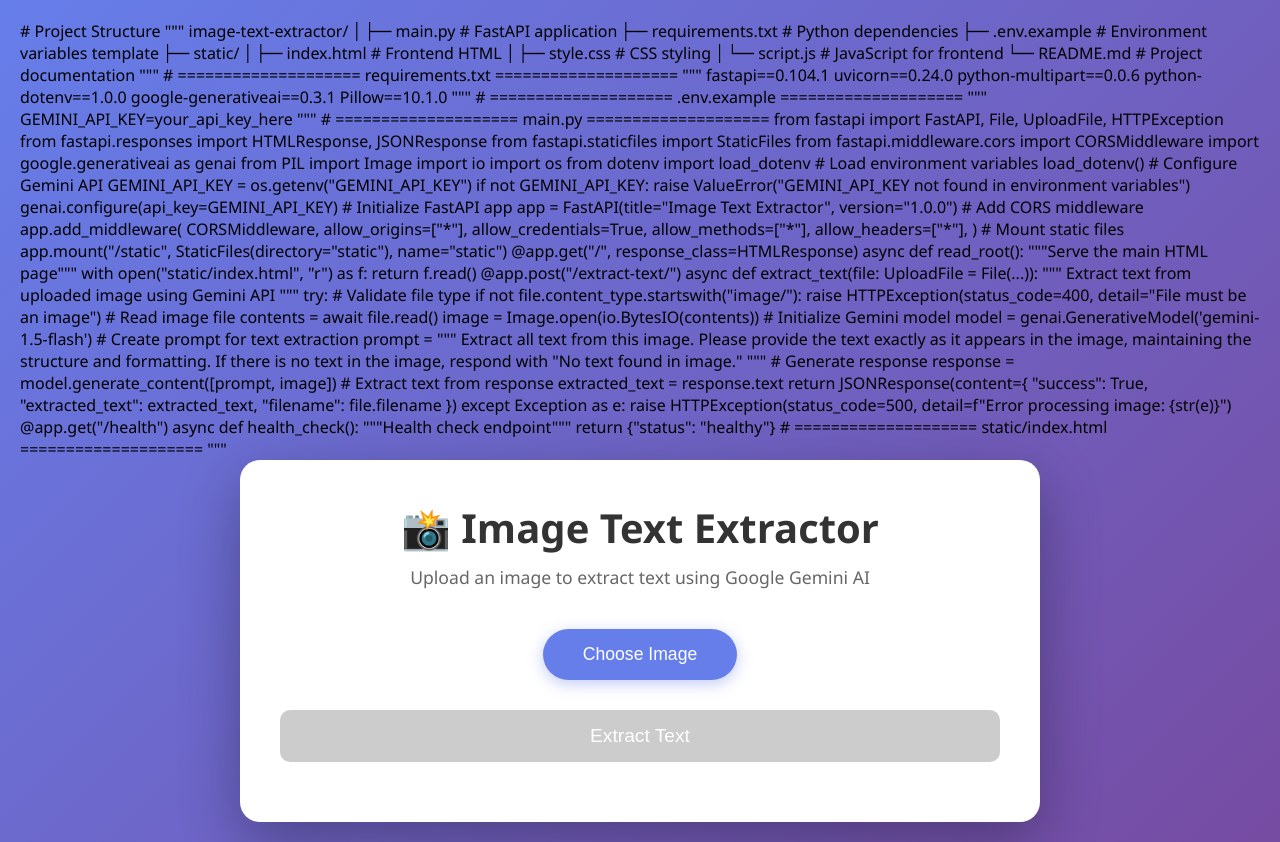
Repository: Kartikeya-G121/SIH-CreditScoreDev
Page: SIH-CreditScoreDev-FINAL_VERSION_2/newback/SIH_backend/ocr-service-2/static/index.html
These files come from the project's save history. The page is drawn as it stood at one moment and after the next save; the edit follows.
The browser window is 1280 px wide. The pictures show the whole page.

Above is the page before, as saved 2025-12-07 23:00:12.

### SIH-CreditScoreDev-FINAL_VERSION_2/newback/SIH_backend/ocr-service-2/static/index.html
# Project Structure
"""
image-text-extractor/
│
├── main.py                 # FastAPI application
├── requirements.txt        # Python dependencies
├── .env.example           # Environment variables template
├── static/
│   ├── index.html         # Frontend HTML
│   ├── style.css          # CSS styling
│   └── script.js          # JavaScript for frontend
└── README.md              # Project documentation
"""

# ==================== requirements.txt ====================
"""
fastapi==0.104.1
uvicorn==0.24.0
python-multipart==0.0.6
python-dotenv==1.0.0
google-generativeai==0.3.1
Pillow==10.1.0
"""

# ==================== .env.example ====================
"""
GEMINI_API_KEY=your_api_key_here
"""

# ==================== main.py ====================
from fastapi import FastAPI, File, UploadFile, HTTPException
from fastapi.responses import HTMLResponse, JSONResponse
from fastapi.staticfiles import StaticFiles
from fastapi.middleware.cors import CORSMiddleware
import google.generativeai as genai
from PIL import Image
import io
import os
from dotenv import load_dotenv

# Load environment variables
load_dotenv()

# Configure Gemini API
GEMINI_API_KEY = os.getenv("GEMINI_API_KEY")
if not GEMINI_API_KEY:
    raise ValueError("GEMINI_API_KEY not found in environment variables")

genai.configure(api_key=GEMINI_API_KEY)

# Initialize FastAPI app
app = FastAPI(title="Image Text Extractor", version="1.0.0")

# Add CORS middleware
app.add_middleware(
    CORSMiddleware,
    allow_origins=["*"],
    allow_credentials=True,
    allow_methods=["*"],
    allow_headers=["*"],
)

# Mount static files
app.mount("/static", StaticFiles(directory="static"), name="static")

@app.get("/", response_class=HTMLResponse)
async def read_root():
    """Serve the main HTML page"""
    with open("static/index.html", "r") as f:
        return f.read()

@app.post("/extract-text/")
async def extract_text(file: UploadFile = File(...)):
    """
    Extract text from uploaded image using Gemini API
    """
    try:
        # Validate file type
        if not file.content_type.startswith("image/"):
            raise HTTPException(status_code=400, detail="File must be an image")

        # Read image file
        contents = await file.read()
        image = Image.open(io.BytesIO(contents))

        # Initialize Gemini model
        model = genai.GenerativeModel('gemini-1.5-flash')

        # Create prompt for text extraction
        prompt = """
        Extract all text from this image.
        Please provide the text exactly as it appears in the image, maintaining the structure and formatting.
        If there is no text in the image, respond with "No text found in image."
        """

        # Generate response
        response = model.generate_content([prompt, image])

        # Extract text from response
        extracted_text = response.text

        return JSONResponse(content={
            "success": True,
            "extracted_text": extracted_text,
            "filename": file.filename
        })

    except Exception as e:
        raise HTTPException(status_code=500, detail=f"Error processing image: {str(e)}")

@app.get("/health")
async def health_check():
    """Health check endpoint"""
    return {"status": "healthy"}


# ==================== static/index.html ====================
"""
<!DOCTYPE html>
<html lang="en">
<head>
    <meta charset="UTF-8">
    <meta name="viewport" content="width=device-width, initial-scale=1.0">
    <title>Image Text Extractor</title>
    <link rel="stylesheet" href="/static/style.css">
</head>
<body>
    <div class="container">
        <header>
            <h1>📸 Image Text Extractor</h1>
            <p>Upload an image to extract text using Google Gemini AI</p>
        </header>

        <div class="upload-section">
            <input type="file" id="imageInput" accept="image/*" style="display: none;">
            <button id="uploadBtn" class="upload-btn">Choose Image</button>
            <div id="fileName" class="file-name"></div>
        </div>

        <div id="imagePreview" class="image-preview"></div>

        <button id="extractBtn" class="extract-btn" disabled>Extract Text</button>

        <div id="loading" class="loading" style="display: none;">
            <div class="spinner"></div>
            <p>Extracting text...</p>
        </div>

        <div id="resultSection" class="result-section" style="display: none;">
            <h2>Extracted Text:</h2>
            <textarea id="extractedText" class="text-box" readonly></textarea>
            <button id="copyBtn" class="copy-btn">Copy to Clipboard</button>
        </div>
    </div>

    <script src="/static/script.js"></script>
</body>
</html>

### SIH-CreditScoreDev-FINAL_VERSION_2/newback/SIH_backend/ocr-service-2/static/style.css
* {
    margin: 0;
    padding: 0;
    box-sizing: border-box;
}

body {
    font-family: 'Segoe UI', Tahoma, Geneva, Verdana, sans-serif;
    background: linear-gradient(135deg, #667eea 0%, #764ba2 100%);
    min-height: 100vh;
    padding: 20px;
}

.container {
    max-width: 800px;
    margin: 0 auto;
    background: white;
    border-radius: 20px;
    padding: 40px;
    box-shadow: 0 20px 60px rgba(0, 0, 0, 0.3);
}

header {
    text-align: center;
    margin-bottom: 40px;
}

header h1 {
    color: #333;
    font-size: 2.5em;
    margin-bottom: 10px;
}

header p {
    color: #666;
    font-size: 1.1em;
}

.upload-section {
    text-align: center;
    margin-bottom: 30px;
}

.upload-btn {
    background: #667eea;
    color: white;
    border: none;
    padding: 15px 40px;
    font-size: 1.1em;
    border-radius: 50px;
    cursor: pointer;
    transition: all 0.3s ease;
    box-shadow: 0 4px 15px rgba(102, 126, 234, 0.4);
}

.upload-btn:hover {
    background: #5568d3;
    transform: translateY(-2px);
    box-shadow: 0 6px 20px rgba(102, 126, 234, 0.6);
}

.file-name {
    margin-top: 15px;
    color: #666;
    font-style: italic;
}

.image-preview {
    text-align: center;
    margin: 20px 0;
}

.image-preview img {
    max-width: 100%;
    max-height: 400px;
    border-radius: 10px;
    box-shadow: 0 4px 15px rgba(0, 0, 0, 0.2);
}

.extract-btn {
    width: 100%;
    background: #764ba2;
    color: white;
    border: none;
    padding: 15px;
    font-size: 1.2em;
    border-radius: 10px;
    cursor: pointer;
    transition: all 0.3s ease;
    margin-bottom: 20px;
}

.extract-btn:hover:not(:disabled) {
    background: #653a8c;
    transform: translateY(-2px);
}

.extract-btn:disabled {
    background: #ccc;
    cursor: not-allowed;
}

.loading {
    text-align: center;
    padding: 30px;
}

.spinner {
    border: 4px solid #f3f3f3;
    border-top: 4px solid #667eea;
    border-radius: 50%;
    width: 50px;
    height: 50px;
    animation: spin 1s linear infinite;
    margin: 0 auto 20px;
}

@keyframes spin {
    0% { transform: rotate(0deg); }
    100% { transform: rotate(360deg); }
}

.result-section {
    margin-top: 30px;
}

.result-section h2 {
    color: #333;
    margin-bottom: 15px;
}

.text-box {
    width: 100%;
    min-height: 200px;
    padding: 15px;
    border: 2px solid #ddd;
    border-radius: 10px;
    font-size: 1em;
    font-family: 'Courier New', monospace;
    resize: vertical;
    margin-bottom: 15px;
}

.copy-btn {
    background: #28a745;
    color: white;
    border: none;
    padding: 10px 30px;
    font-size: 1em;
    border-radius: 5px;
    cursor: pointer;
    transition: all 0.3s ease;
}

.copy-btn:hover {
    background: #218838;
    transform: translateY(-2px);
}

@media (max-width: 600px) {
    .container {
        padding: 20px;
    }

    header h1 {
        font-size: 2em;
    }
}

### SIH-CreditScoreDev-FINAL_VERSION_2/newback/SIH_backend/ocr-service-2/static/script.js
const imageInput = document.getElementById('imageInput');
const uploadBtn = document.getElementById('uploadBtn');
const extractBtn = document.getElementById('extractBtn');
const imagePreview = document.getElementById('imagePreview');
const fileName = document.getElementById('fileName');
const loading = document.getElementById('loading');
const resultSection = document.getElementById('resultSection');
const extractedText = document.getElementById('extractedText');
const copyBtn = document.getElementById('copyBtn');

let selectedFile = null;

uploadBtn.addEventListener('click', () => {
    imageInput.click();
});

imageInput.addEventListener('change', (e) => {
    const file = e.target.files[0];
    if (file) {
        selectedFile = file;
        fileName.textContent = `Selected: ${file.name}`;

        // Show image preview
        const reader = new FileReader();
        reader.onload = (e) => {
            imagePreview.innerHTML = `<img src="${e.target.result}" alt="Preview">`;
        };
        reader.readAsDataURL(file);

        extractBtn.disabled = false;
        resultSection.style.display = 'none';
    }
});

extractBtn.addEventListener('click', async () => {
    if (!selectedFile) return;

    // Show loading
    loading.style.display = 'block';
    resultSection.style.display = 'none';
    extractBtn.disabled = true;

    // Create form data
    const formData = new FormData();
    formData.append('file', selectedFile);

    try {
        const response = await fetch('/extract-text/', {
            method: 'POST',
            body: formData
        });

        if (!response.ok) {
            throw new Error('Failed to extract text');
        }

        const data = await response.json();

        // Display results
        extractedText.value = data.extracted_text;
        resultSection.style.display = 'block';

    } catch (error) {
        alert('Error: ' + error.message);
    } finally {
        loading.style.display = 'none';
        extractBtn.disabled = false;
    }
});

copyBtn.addEventListener('click', () => {
    extractedText.select();
    document.execCommand('copy');

    // Visual feedback
    const originalText = copyBtn.textContent;
    copyBtn.textContent = '✓ Copied!';
    setTimeout(() => {
        copyBtn.textContent = originalText;
    }, 2000);
});

After the next save:
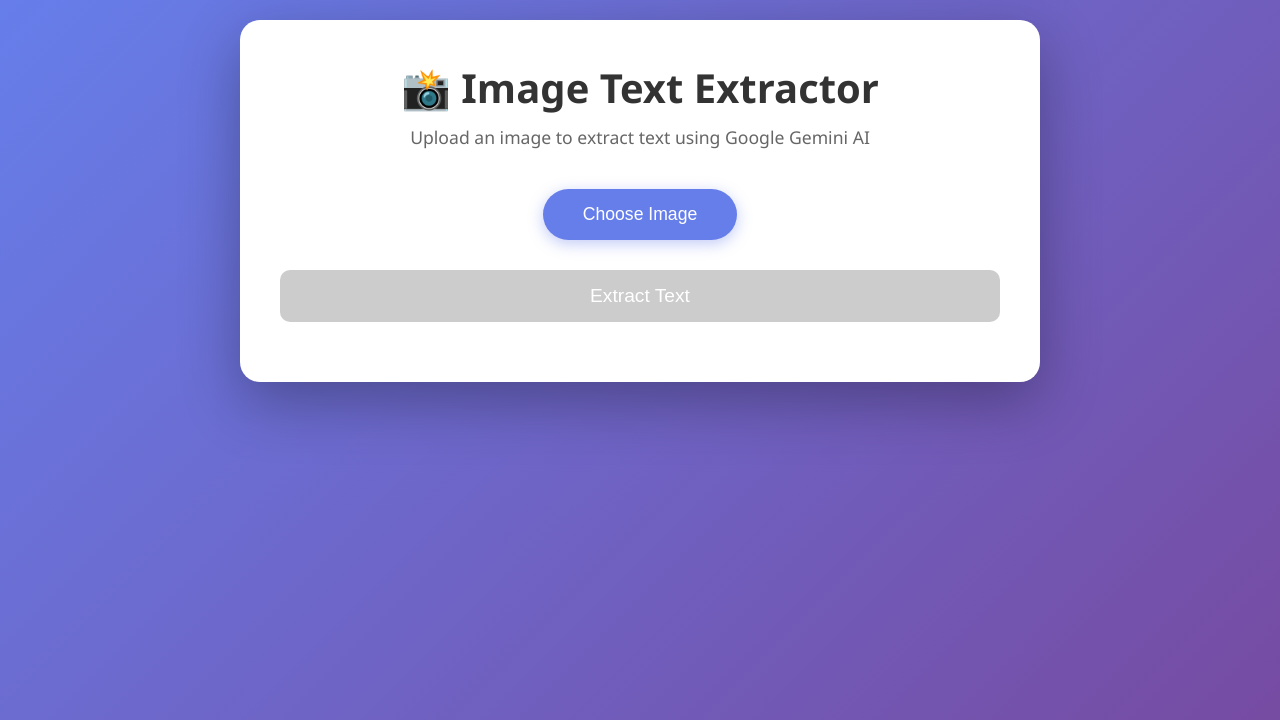
Saved 4 min 3 s later.
--- a/SIH-CreditScoreDev-FINAL_VERSION_2/newback/SIH_backend/ocr-service-2/static/index.html
+++ b/SIH-CreditScoreDev-FINAL_VERSION_2/newback/SIH_backend/ocr-service-2/static/index.html
@@ -1,121 +1,4 @@
-# Project Structure
-"""
-image-text-extractor/
-│
-├── main.py                 # FastAPI application
-├── requirements.txt        # Python dependencies
-├── .env.example           # Environment variables template
-├── static/
-│   ├── index.html         # Frontend HTML
-│   ├── style.css          # CSS styling
-│   └── script.js          # JavaScript for frontend
-└── README.md              # Project documentation
-"""
 
-# ==================== requirements.txt ====================
-"""
-fastapi==0.104.1
-uvicorn==0.24.0
-python-multipart==0.0.6
-python-dotenv==1.0.0
-google-generativeai==0.3.1
-Pillow==10.1.0
-"""
-
-# ==================== .env.example ====================
-"""
-GEMINI_API_KEY=your_api_key_here
-"""
-
-# ==================== main.py ====================
-from fastapi import FastAPI, File, UploadFile, HTTPException
-from fastapi.responses import HTMLResponse, JSONResponse
-from fastapi.staticfiles import StaticFiles
-from fastapi.middleware.cors import CORSMiddleware
-import google.generativeai as genai
-from PIL import Image
-import io
-import os
-from dotenv import load_dotenv
-
-# Load environment variables
-load_dotenv()
-
-# Configure Gemini API
-GEMINI_API_KEY = os.getenv("GEMINI_API_KEY")
-if not GEMINI_API_KEY:
-    raise ValueError("GEMINI_API_KEY not found in environment variables")
-
-genai.configure(api_key=GEMINI_API_KEY)
-
-# Initialize FastAPI app
-app = FastAPI(title="Image Text Extractor", version="1.0.0")
-
-# Add CORS middleware
-app.add_middleware(
-    CORSMiddleware,
-    allow_origins=["*"],
-    allow_credentials=True,
-    allow_methods=["*"],
-    allow_headers=["*"],
-)
-
-# Mount static files
-app.mount("/static", StaticFiles(directory="static"), name="static")
-
-@app.get("/", response_class=HTMLResponse)
-async def read_root():
-    """Serve the main HTML page"""
-    with open("static/index.html", "r") as f:
-        return f.read()
-
-@app.post("/extract-text/")
-async def extract_text(file: UploadFile = File(...)):
-    """
-    Extract text from uploaded image using Gemini API
-    """
-    try:
-        # Validate file type
-        if not file.content_type.startswith("image/"):
-            raise HTTPException(status_code=400, detail="File must be an image")
-
-        # Read image file
-        contents = await file.read()
-        image = Image.open(io.BytesIO(contents))
-
-        # Initialize Gemini model
-        model = genai.GenerativeModel('gemini-1.5-flash')
-
-        # Create prompt for text extraction
-        prompt = """
-        Extract all text from this image.
-        Please provide the text exactly as it appears in the image, maintaining the structure and formatting.
-        If there is no text in the image, respond with "No text found in image."
-        """
-
-        # Generate response
-        response = model.generate_content([prompt, image])
-
-        # Extract text from response
-        extracted_text = response.text
-
-        return JSONResponse(content={
-            "success": True,
-            "extracted_text": extracted_text,
-            "filename": file.filename
-        })
-
-    except Exception as e:
-        raise HTTPException(status_code=500, detail=f"Error processing image: {str(e)}")
-
-@app.get("/health")
-async def health_check():
-    """Health check endpoint"""
-    return {"status": "healthy"}
-
-
-# ==================== static/index.html ====================
-"""
 <!DOCTYPE html>
 <html lang="en">
 <head>
